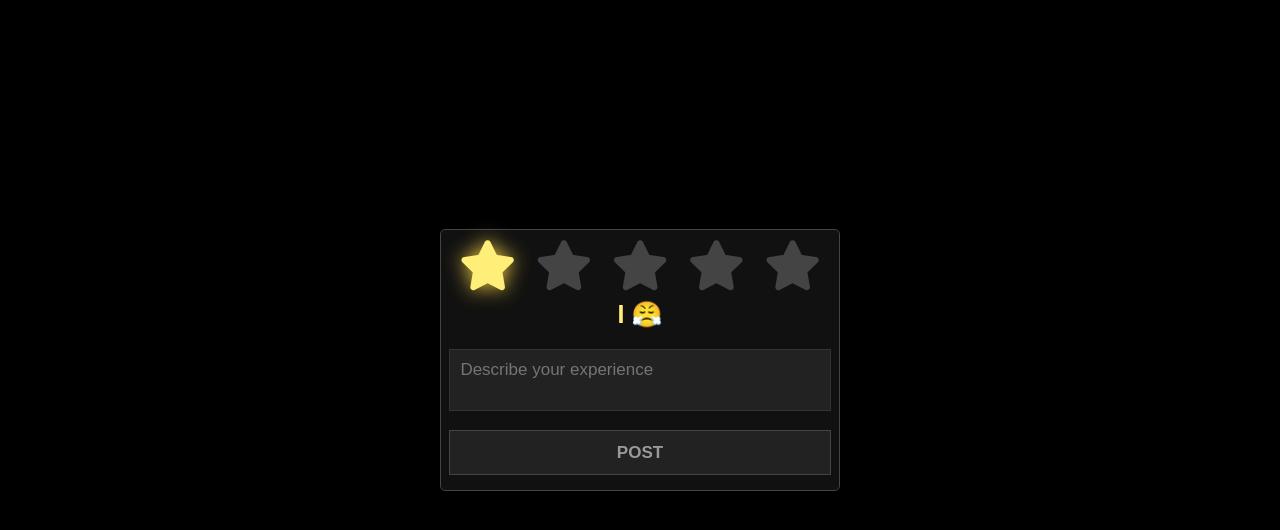
Repository: Suryansh-D/Star-Ratings
Page: index.html
The author's editor kept a copy of each file at every save. The page is drawn from the files as they stood at one save, then again after the next save.
The browser window is 1280 px wide. The pictures show the whole page.
The first `#rate-1` is checked.

Above is the page before, as saved 2024-02-03 10:16:10.

After the next save:
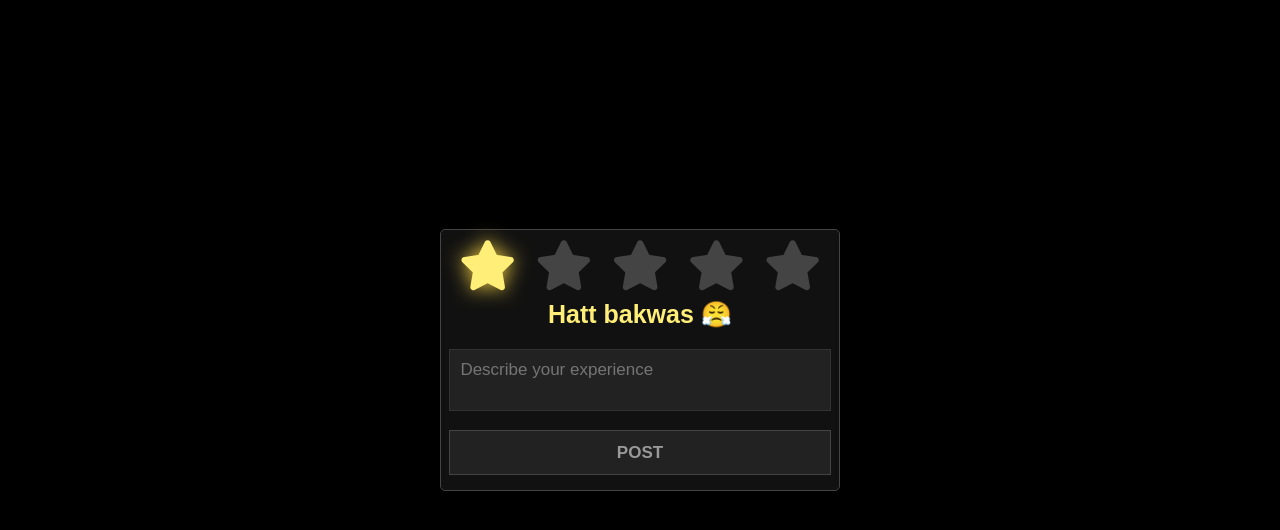
Saved 6 s later.
--- a/style.css
+++ b/style.css
@@ -65,7 +65,7 @@ input#rate-1:checked ~ label{
 }
 
 #rate-1:checked ~ form header:before{
-    content: "I  😤";
+    content: "Hatt bakwas 😤";
 
 }
 form header{
